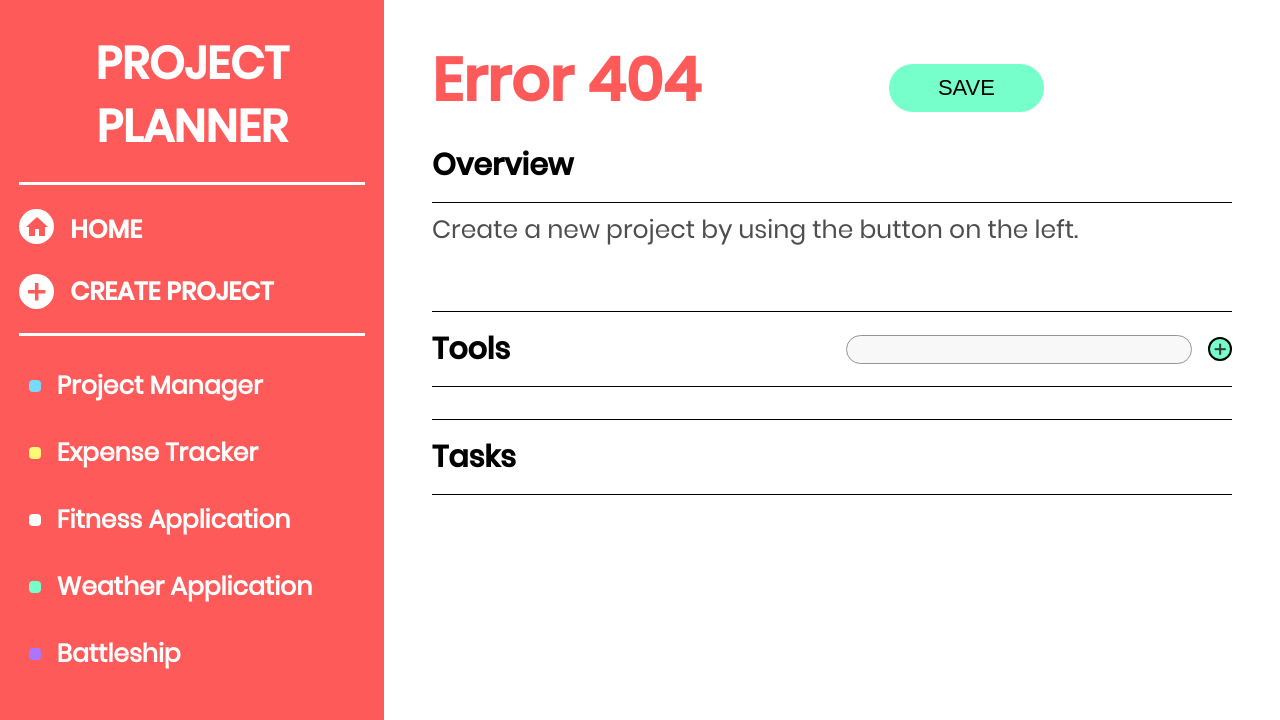
Repository: AzharMoosa/project-manager
Page: /project
These files come from the project's save history. The page is drawn as it stood at one moment and after the next save; the edit follows.
The browser window is 1280 px wide. The pictures show the whole page.
The project was rebuilt for these pictures with package versions that can differ from the ones it lists, and the page was loaded fresh each time. A package was used in the major version that the imports need, not the one package.json lists. Also part of the build but not shown: src/components/home/ProgressBar.js, src/components/home/ProjectProgress.js, src/components/home/Home.js, src/components/current-project/Task.js.

Above is the page before, as saved 2020-06-24 11:19:30.

### public/index.html
<!DOCTYPE html>
<html lang="en">
  <head>
    <meta charset="utf-8" />
    <link rel="icon" href="%PUBLIC_URL%/favicon.ico" />
    <meta name="viewport" content="width=device-width, initial-scale=1" />
    <meta name="theme-color" content="#000000" />
    <meta
      name="description"
      content="Web site created using create-react-app"
    />
    <link rel="apple-touch-icon" href="%PUBLIC_URL%/logo192.png" />

    <link rel="manifest" href="%PUBLIC_URL%/manifest.json" />

    <title>Project Planner</title>
  </head>
  <body>
    <noscript>You need to enable JavaScript to run this app.</noscript>
    <div id="root"></div>
  </body>
</html>

### src/App.js
import React from "react";
import Sidebar from "./components/sidebar/Siebar";
import Main from "./components/Main";
import Modal from "./components/modal/Modal";
import { ProjectProvider } from "./ProjectContext";
import { SelectedProjectProvider } from "./SelectedProjectContext";
import { BrowserRouter } from "react-router-dom";

import "./App.css";

function App() {
  return (
    <BrowserRouter>
      <ProjectProvider>
        <SelectedProjectProvider>
          <div className='container'>
            <Sidebar />
            <Main />
            <Modal />
          </div>
        </SelectedProjectProvider>
      </ProjectProvider>
    </BrowserRouter>
  );
}

export default App;

### src/components/sidebar/Siebar.js
import React from "react";
import Header from "./Header";
import ProjectList from "../project-list/ProjectList";

const Siebar = () => {
  return (
    <div className='sidebar'>
      <Header />
      <ProjectList />
    </div>
  );
};

export default Siebar;

### src/components/Main.js
import React from "react";
import { Switch, Route } from "react-router-dom";
import Home from "./home/Home";
import CurrentProject from "./current-project/CurrentProject";

const Main = () => {
  return (
    <Switch>
      <Route exact path='/' component={Home}></Route>
      <Route exact path='/project' component={CurrentProject}></Route>
    </Switch>
  );
};

export default Main;

### src/components/modal/Modal.js
import React, { useContext, useState } from "react";
import { ProjectContext } from "../../ProjectContext";

const Modal = () => {
  // eslint-disable-next-line
  const [projects, setProjects] = useContext(ProjectContext);
  const [projectTitle, setProjectTitle] = useState("");
  const [projectOverview, setProjectOverview] = useState("");

  const hidePopup = () => {
    let popup = document.querySelector(".create-project-popup");
    popup.classList.add("hide");
  };

  const createProject = (e) => {
    if (projectTitle === "") {
      return;
    }
    e.preventDefault();
    let newProject = {
      name: projectTitle,
      overview: projectOverview,
      tools: [],
      progress: 0,
      tasks: [],
      color: "white",
      date: "",
      id: Math.floor(Math.random() * 100),
    };
    setProjects((projects) => [...projects, newProject]);
    setProjectTitle("");
    setProjectOverview("");
    clearTitleInput();
    clearOverviewInput();
    hidePopup();
  };

  const clearTitleInput = () => {
    let titleInput = document.querySelector(".title-input");
    titleInput.value = "";
  };

  const clearOverviewInput = () => {
    let overviewInput = document.querySelector(".overview-input");
    overviewInput.value = "";
  };

  return (
    <div className='create-project-popup hide'>
      <div className='create-project-popup-content'>
        <h1>CREATE PROJECT</h1>
        <form className='form-input'>
          <label htmlFor='title'>PROJECT TITLE</label>
          <input
            type='text'
            onChange={(e) => setProjectTitle(e.target.value)}
            className='title-input'
          />
          <label htmlFor='title'>PROJECT OVERVIEW</label>
          <textarea
            type='text'
            onChange={(e) => setProjectOverview(e.target.value)}
            className='overview-input'
          />
          <button className='create-btn' onClick={createProject}>
            CREATE
          </button>
        </form>
      </div>
    </div>
  );
};

export default Modal;

### src/ProjectContext.js
import React, { useState, createContext } from "react";

export const ProjectContext = createContext();

export const ProjectProvider = (props) => {
  const [projects, setProjects] = useState([
    {
      name: "Project Manager",
      overview:
        "A project management application which allows you to plan personal projects and track its progress.  Create detail plans of projects before developing projects.",
      tools: ["HTML", "CSS", "JAVASCRIPT", "REACT"],
      progress: 60,
      tasks: [
        { task: "Create Project Plans", complete: true },
        { task: "Todo List for Each Project", complete: false },
        { task: "Track Progress", complete: true },
        { task: "Priority List", complete: true },
        { task: "Choose Tools In Each Project", complete: false },
        { task: "Clean And Simple Design", complete: true },
        { task: "Use REACT", complete: false },
      ],
      color: "blue",
      date: "26/06/2020",
      id: 28392,
    },

    {
      name: "Expense Tracker",
      overview:
        "A expense tracker application which allows you to budget and track your savings.  Track what expenses you have.",
      tools: ["HTML", "CSS", "JAVASCRIPT", "REACT"],
      progress: 40,
      tasks: [
        { task: "Expenses In And Out", complete: true },
        { task: "Current Balance", complete: false },
        { task: "Highest Money Out", complete: true },
        { task: "Clean And Simple Design", complete: true },
        { task: "Use REACT", complete: false },
      ],
      color: "yellow",
      date: "",
      id: 2032,
    },

    {
      name: "Fitness Application",
      overview:
        "A fitness application which can track workouts and meal plans. Plan exercise routines and meal plans all in one hub.",
      tools: [
        "HTML",
        "CSS",
        "JAVASCRIPT",
        "REACT",
        "NODEJS",
        "EXPRESS",
        "MONGODB",
      ],
      progress: 0,
      tasks: [
        { task: "Exercise Plan", complete: true },
        { task: "Diet Plan", complete: false },
        { task: "Clean And Simple Design", complete: true },
        { task: "Use REACT", complete: false },
      ],
      color: "white",
      date: "30/09/2020",
      id: 203234,
    },

    {
      name: "Weather Application",
      overview:
        "A weather application which can track weather and climate. See weather and climate for different locations all around the world.",
      tools: ["HTML", "CSS", "JAVASCRIPT", "REACT", "ADOBE XD"],
      progress: 30,
      tasks: [
        { task: "Weather", complete: true },
        { task: "Temp, Humidity, Pressure", complete: false },
        { task: "Clean And Simple Design", complete: true },
        { task: "Use REACT", complete: false },
      ],
      color: "green",
      date: "16/12/2020",
      id: 20327734,
    },

    {
      name: "Battleship",
      overview: "Battleship created in REACT and using Javascript Testing.",
      tools: ["HTML", "CSS", "JAVASCRIPT", "REACT", "ADOBE XD", "JEST"],
      progress: 100,
      tasks: [
        { task: "Battleship Game", complete: true },
        { task: "Using Testing", complete: false },
        { task: "Clean And Simple Design", complete: true },
        { task: "Use REACT", complete: false },
      ],
      color: "purple",
      date: "",
      id: 2027734,
    },
  ]);

  return (
    <ProjectContext.Provider value={[projects, setProjects]}>
      {props.children}
    </ProjectContext.Provider>
  );
};

### src/SelectedProjectContext.js
import React, { useState, createContext } from "react";

export const SelectedProjectContext = createContext();

export const SelectedProjectProvider = (props) => {
  const [selectedProject, setSelectedProject] = useState({
    name: "Error 404",
    overview: "Create a new project by using the button on the left.",
    tools: [],
    progress: 0,
    tasks: [],
    color: "",
    date: "",
    id: 21,
  });

  return (
    <SelectedProjectContext.Provider
      value={[selectedProject, setSelectedProject]}
    >
      {props.children}
    </SelectedProjectContext.Provider>
  );
};

### src/App.css
:root {
  --red: #ff5a5a;
  --green: #76ffca;
  --blue: #76daff;
  --yellow: #fffa76;
  --purple: #ab76ff;
}

/* CSS RESET */

* {
  margin: 0;
  padding: 0;
  box-sizing: border-box;
}

/* Fonts */

@font-face {
  font-family: "Poppins-Med";
  src: url("./fonts/Poppins-Medium.ttf");
}

@font-face {
  font-family: "Poppins-Reg";
  src: url("./fonts/Poppins-Regular.ttf");
}

/* Body */

body {
  font-family: "Poppins-Reg";
  line-height: 1.4;
}

/* Utilities */

/* Bullet Points */

.white:before,
.blue:before,
.yellow:before,
.green:before,
.purple:before {
  content: " ";
  height: 12px;
  width: 12px;
  margin-right: 1rem;
  border-radius: 4px;
}

.blue:before {
  background-color: var(--blue);
}

.yellow:before {
  background-color: var(--yellow);
}

.green:before {
  background-color: var(--green);
}

.purple:before {
  background-color: var(--purple);
}

.white:before {
  background-color: #fff;
}

/* Container */
.container {
  display: flex;
}

/* Sidebar */
.sidebar {
  width: 30vw;
  background-color: var(--red);
  min-height: 100vh;
  color: #fff;
}

.title {
  font-size: 45px;
  font-family: "Poppins-Med";
  text-align: center;
  padding-top: 2rem;
}

.nav-btns::after,
.nav-btns:before {
  content: " ";
  display: block;
  border-bottom: 3px solid #fff;
  width: 100%;
  margin: 1.5rem auto;
}

.nav-btns {
  width: 90%;
  margin: auto;
}

.home-btn,
.create-project-btn {
  display: flex;
  align-items: center;
  margin-top: 1.5rem;
}

.home-btn h3,
.create-project-btn h3 {
  margin-left: 1rem;
  font-family: "Poppins-Med";
  font-size: 25px;
}

.home-btn svg,
.create-project-btn svg {
  cursor: pointer;
}

/* Home */

.home {
  width: 70vw;
  display: flex;
  flex-direction: column;
}

.home-title {
  font-size: 80px;
  font-family: "Poppins-Med";
  color: var(--red);
  text-align: center;
  margin-top: 1rem;
}

.home-title:after {
  content: " ";
  display: block;
  border-bottom: 5px solid var(--red);
  width: 342px;
  margin: 0 auto 1.5rem auto;
}

/* Selected Project */

.selected-project {
  width: 70vw;
  display: flex;
  flex-direction: column;
  padding: 2rem 3rem;
}

.selected-project-head {
  display: flex;
  justify-self: center;
  align-items: center;
}

.selected-project-head button {
  margin-bottom: 1rem;
  float: right;
  outline: none;
  cursor: pointer;
}

.selected-project-title {
  color: var(--red);
  font-size: 60px;
  font-family: "Poppins-Med";
}

.selected-project h3 {
  font-size: 30px;
  font-family: "Poppins-Med";
  margin-top: 1rem;
}

.selected-project-heading:after,
.tools:before {
  content: " ";
  display: block;
  border-bottom: 1px solid #000;
  padding: 0.5rem 0;
}

.overview {
  color: #4e4e4e;
  font-size: 25px;
  font-family: "Poppins-Reg";
  padding: 0.5rem 0;
  outline: none;
  border: none;
  resize: none;
}

.tools-head {
  display: flex;
  justify-content: space-between;
  align-items: center;
  border-bottom: 1px solid #000;
  padding-bottom: 1rem;
}

.tools-input {
  margin-top: 1rem;
  display: flex;
  justify-content: center;
  align-items: center;
}

.add-tools {
  width: 346px;
  height: 29px;
  background-color: #f8f8f8;
  border: 1px solid #959595;
  border-radius: 15px;
  margin-right: 1rem;
  font-size: 15px;
  outline: none;
  padding: 0 1rem;
}

.add-tool-btn {
  cursor: pointer;
}

.tools-body {
  border-bottom: 1px solid #000;
}

.tools-body h3 {
  font-family: "Poppins-Reg";
  padding-bottom: 1rem;
  color: #4e4e4e;
  font-size: 25px;
}

.tasks-title {
  display: flex;
  align-items: center;
  border-bottom: 1px solid #000;
  padding-bottom: 1rem;
}

.bullet-point {
  border-radius: 50%;
  width: 41px;
  height: 41px;
  background: #fff;
  border: 3px solid #000;
  cursor: pointer;
  margin-right: 1rem;
}

.complete {
  background: var(--blue);
}

.task {
  display: flex;
  align-items: center;
}

.task h3 {
  font-size: 25px;
  font-family: "Poppins-Reg";
  margin-bottom: 1rem;
}

/* Project Sidebar List */

.project-side {
  width: 85%;
  margin: 2rem auto;
  display: flex;
  align-items: center;
  cursor: pointer;
}

.project-side h3 {
  font-size: 25px;
}

/* Progress Bar */
.progressbar {
  width: 90%;
  background-color: #fff;
  border: 2px solid #2f2f2f;
  border-radius: 17px;
  margin: 0 auto 2rem auto;
}

.progressbar > div {
  background-color: var(--green);
  height: 33px;
  border-radius: 17px;
}

.progressbar > div h3 {
  display: flex;
  justify-content: flex-end;
  align-items: center;
  line-height: 1.8;
  margin-right: 1rem;
}

/* Project List */

.project-title {
  width: 90%;
  margin: 1.2rem auto;
  display: flex;
  justify-content: space-between;
}

.project-title h3 {
  font-size: 25px;
  font-family: "Poppins-Med";
}

.project-title h4 {
  font-size: 20px;
  font-family: "Poppins-Reg";
  color: #505050;
}

/* Create Project Popup */

.hide {
  display: none !important;
}

.create-project-popup {
  display: flex;
  justify-content: center;
  align-items: center;
  position: fixed;
  z-index: 1;
  left: 0;
  top: 0;
  width: 100%;
  height: 100%;
  background-color: rgb(0, 0, 0);
  background-color: rgba(99, 99, 99, 0.6);
}

.create-project-popup-content {
  background-color: var(--red);
  padding: 20px;
  border: 3px solid #343434;
  min-width: 526px;
  min-height: 617px;
  color: #fff;
  -webkit-box-shadow: 10px 10px 6px 0px rgba(0, 0, 0, 0.75);
  -moz-box-shadow: 10px 10px 6px 0px rgba(0, 0, 0, 0.75);
  box-shadow: 10px 10px 6px 0px rgba(0, 0, 0, 0.75);
}

.create-project-popup-content h1 {
  text-align: center;
}

.create-project-popup-content h1:after {
  content: " ";
  display: block;
  border-bottom: 3px solid #fff;
  width: 250px;
  margin: 0 auto 1.5rem auto;
}

.form-input {
  width: 100%;
  display: flex;
  flex-direction: column;
  justify-content: center;
}

.form-input label {
  font-size: 25px;
  font-family: "Poppins-Med";
}

.form-input input {
  height: 46px;
  background-color: transparent;
  border: 2px solid #fff;
  outline: none;
  color: #fff;
  font-size: 21px;
  padding: 0 0.5rem;
  width: 100%;
  margin-bottom: 2rem;
}

.form-input textarea {
  height: 202px;
  background-color: transparent;
  border: 2px solid #fff;
  outline: none;
  color: #fff;
  font-size: 21px;
  padding: 0.5rem 0.5rem;
  width: 100%;
  margin-bottom: 2rem;
  font-family: "Poppins-Reg";
}

.create-btn {
  background-color: var(--green);
  width: 155px;
  height: 48px;
  border-radius: 24px;
  border: none;
  font-size: 22px;
  margin: 2rem auto 0 auto;
}

### src/components/sidebar/Header.js
import React from "react";
import { Link } from "react-router-dom";

const Header = () => {
  const displayPopup = () => {
    let popup = document.querySelector(".create-project-popup");
    popup.classList.remove("hide");
  };

  return (
    <div>
      <h1 className='title'>PROJECT PLANNER</h1>
      <div className='nav-btns'>
        <div className='home-btn'>
          <Link to='/'>
            <svg
              xmlns='http://www.w3.org/2000/svg'
              width='35'
              height='35'
              viewBox='0 0 35 35'
            >
              <g
                id='Home_Btn'
                data-name='Home Btn'
                transform='translate(-139 -182)'
              >
                <circle
                  id='Ellipse_1'
                  data-name='Ellipse 1'
                  cx='17.5'
                  cy='17.5'
                  r='17.5'
                  transform='translate(139 182)'
                  fill='#fff'
                />
                <path
                  id='icons8-home'
                  d='M12,2.1,1,12H4v9h6V14h4v7h6V12h3Z'
                  transform='translate(145 187.9)'
                  fill='#ff5a5a'
                />
              </g>
            </svg>
          </Link>
          <h3>HOME</h3>
        </div>

        <div className='create-project-btn'>
          <svg
            xmlns='http://www.w3.org/2000/svg'
            width='35'
            height='35'
            viewBox='0 0 35 35'
            onClick={displayPopup}
          >
            <g id='Group_6' data-name='Group 6' transform='translate(-50 -242)'>
              <circle
                id='Ellipse_2'
                data-name='Ellipse 2'
                cx='17.5'
                cy='17.5'
                r='17.5'
                transform='translate(50 242)'
                fill='#fff'
              />
              <path
                id='icons8-plus'
                d='M8.922,2V8.922H2v1.538H8.922v6.922h1.538V10.461h6.922V8.922H10.461V2Z'
                transform='translate(58 250)'
                fill='#ff5a5a'
                stroke='#ff5a5a'
                strokeWidth='2'
                fillRule='evenodd'
              />
            </g>
          </svg>
          <h3>CREATE PROJECT</h3>
        </div>
      </div>
    </div>
  );
};

export default Header;

### src/components/project-list/ProjectList.js
import React, { useContext } from "react";
import { ProjectContext } from "../../ProjectContext";
import ProjectSide from "./ProjectSide";

const ProjectList = () => {
  // eslint-disable-next-line
  const [projects, setProjects] = useContext(ProjectContext);

  return (
    <div>
      {projects.map((project) => (
        <ProjectSide
          name={project.name}
          color={project.color}
          key={project.id}
          project={project}
        />
      ))}
    </div>
  );
};

export default ProjectList;

### src/components/current-project/CurrentProject.js
import React, { useContext } from "react";
import Task from "./Task";

import { SelectedProjectContext } from "../../SelectedProjectContext";
import { ProjectContext } from "../../ProjectContext";

const CurrentProject = () => {
  // eslint-disable-next-line
  const [selectedProject, setSelectedProject] = useContext(
    SelectedProjectContext
  );

  const [projects, setProjects] = useContext(ProjectContext);

  const modifyOverview = (e) => {
    const overview = e.target.value;
    setSelectedProject((selectedProject) => ({
      ...selectedProject,
      overview: overview,
    }));
    updateProjects();
  };

  const updateProjects = () => {
    let i = projects.indexOf(selectedProject);
    let newArray = [...projects];
    console.log(selectedProject);
    newArray[0] = selectedProject;
    setProjects(newArray);
  };

  return (
    <div className='selected-project'>
      <div className='selected-project-head'>
        <h1 className='selected-project-title'>{selectedProject.name}</h1>
        <button className='create-btn'>SAVE</button>
      </div>

      <h3 className='selected-project-heading'>Overview</h3>
      <textarea
        type='text'
        className='overview'
        value={selectedProject.overview}
        onChange={modifyOverview}
      />
      <div className='tools'>
        <div className='tools-head'>
          <h3>Tools</h3>
          <div className='tools-input'>
            <input type='text' className='add-tools' />
            <svg
              xmlns='http://www.w3.org/2000/svg'
              width='24'
              height='24'
              viewBox='0 0 24 24'
              className='add-tool-btn'
            >
              <g
                id='Add_Tool_Btn'
                data-name='Add Tool Btn'
                transform='translate(-49.866 -241.866)'
              >
                <g
                  id='Ellipse_2'
                  data-name='Ellipse 2'
                  transform='translate(49.866 241.866)'
                  fill='#76ffca'
                  stroke='#000'
                  strokeWidth='2'
                >
                  <circle cx='12' cy='12' r='12' stroke='none' />
                  <circle cx='12' cy='12' r='11' fill='none' />
                </g>
                <path
                  id='icons8-plus'
                  d='M6.72,2V6.72H2V7.769H6.72v4.72H7.769V7.769h4.72V6.72H7.769V2Z'
                  transform='translate(54.819 246.819)'
                  stroke='#404040'
                  strokeWidth='1'
                  fillRule='evenodd'
                />
              </g>
            </svg>
          </div>
        </div>
        <div className='tools-body'>
          <h3>{selectedProject.tools.join(" | ")}</h3>
        </div>
      </div>

      <h3 className='selected-project-heading'>Tasks</h3>

      <div className='tasks'>
        {selectedProject.tasks.map((task) => (
          <Task key={Math.random() * 100} task={task} />
        ))}
      </div>
    </div>
  );
};

export default CurrentProject;

### src/components/project-list/ProjectSide.js
import React, { useContext } from "react";
import { SelectedProjectContext } from "../../SelectedProjectContext";
import { Link } from "react-router-dom";

const Project = ({ name, color, project }) => {
  // eslint-disable-next-line
  const [selectedProject, setSelectedProject] = useContext(
    SelectedProjectContext
  );

  return (
    <Link to='/project' style={{ textDecoration: "none", color: "#fff" }}>
      <div className={`project-side ${color}`}>
        <h3
          onClick={() => {
            setSelectedProject(project);
          }}
        >
          {name}
        </h3>
      </div>
    </Link>
  );
};

export default Project;

Loaded but not shown: src/index.js (common file)

After the next save:
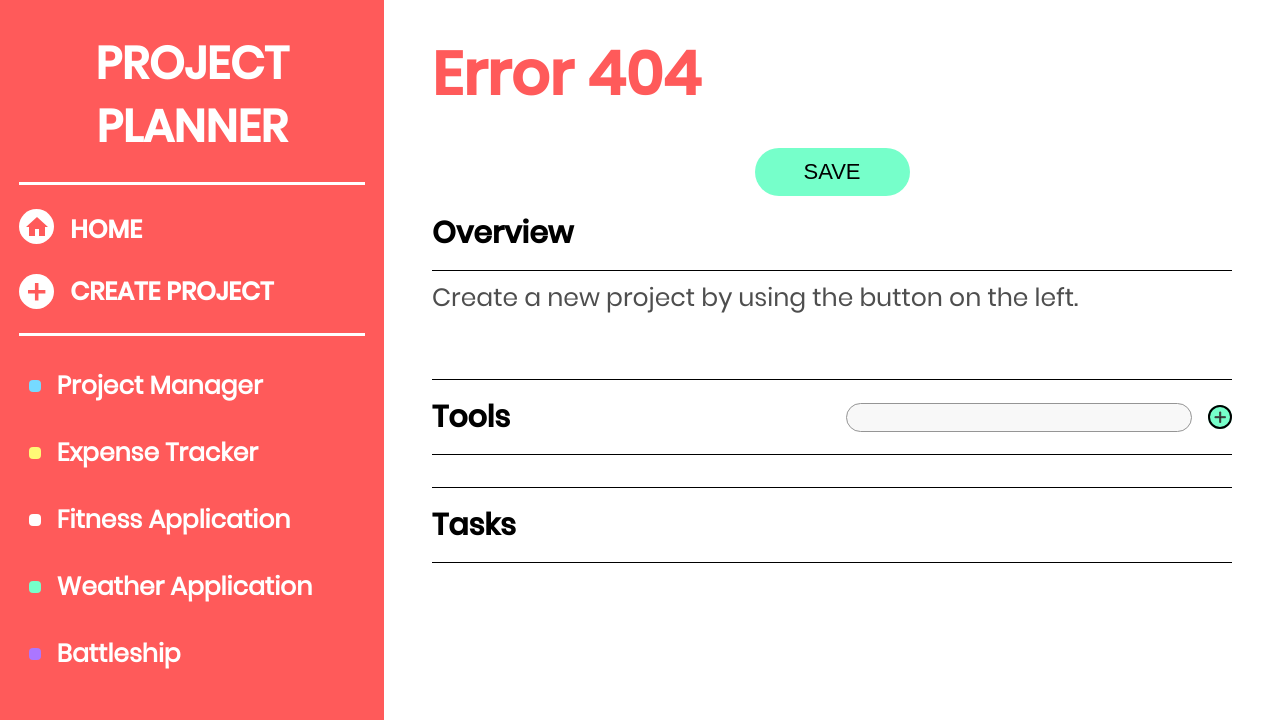
Saved 14 s later.
--- a/src/components/current-project/CurrentProject.js
+++ b/src/components/current-project/CurrentProject.js
@@ -31,10 +31,8 @@ const CurrentProject = () => {
 
   return (
     <div className='selected-project'>
-      <div className='selected-project-head'>
-        <h1 className='selected-project-title'>{selectedProject.name}</h1>
-        <button className='create-btn'>SAVE</button>
-      </div>
+      <h1 className='selected-project-title'>{selectedProject.name}</h1>
+      <button className='create-btn'>SAVE</button>
 
       <h3 className='selected-project-heading'>Overview</h3>
       <textarea
